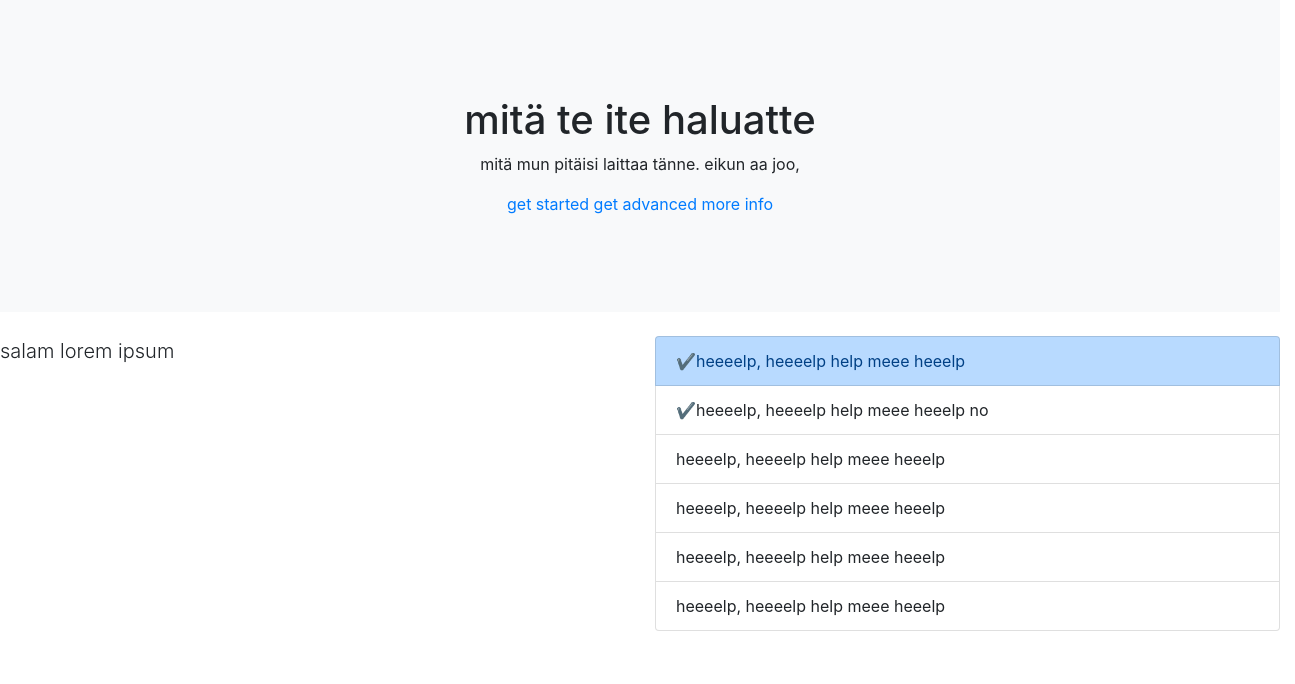
Repository: jessehapuli/jessehapuli.github.io
Page: Bootstrap/index.html
The author's editor kept a copy of each file at every save. The page is drawn from the files as they stood at one save, then again after the next save.
The browser window is 1280 px wide. The page is 1295 px wide, so the pictures cover 1295 px, including what lies to the right of the window. The pictures show the whole page.

Above is the page before, as saved 2024-04-24 11:00:09.

After the next save:
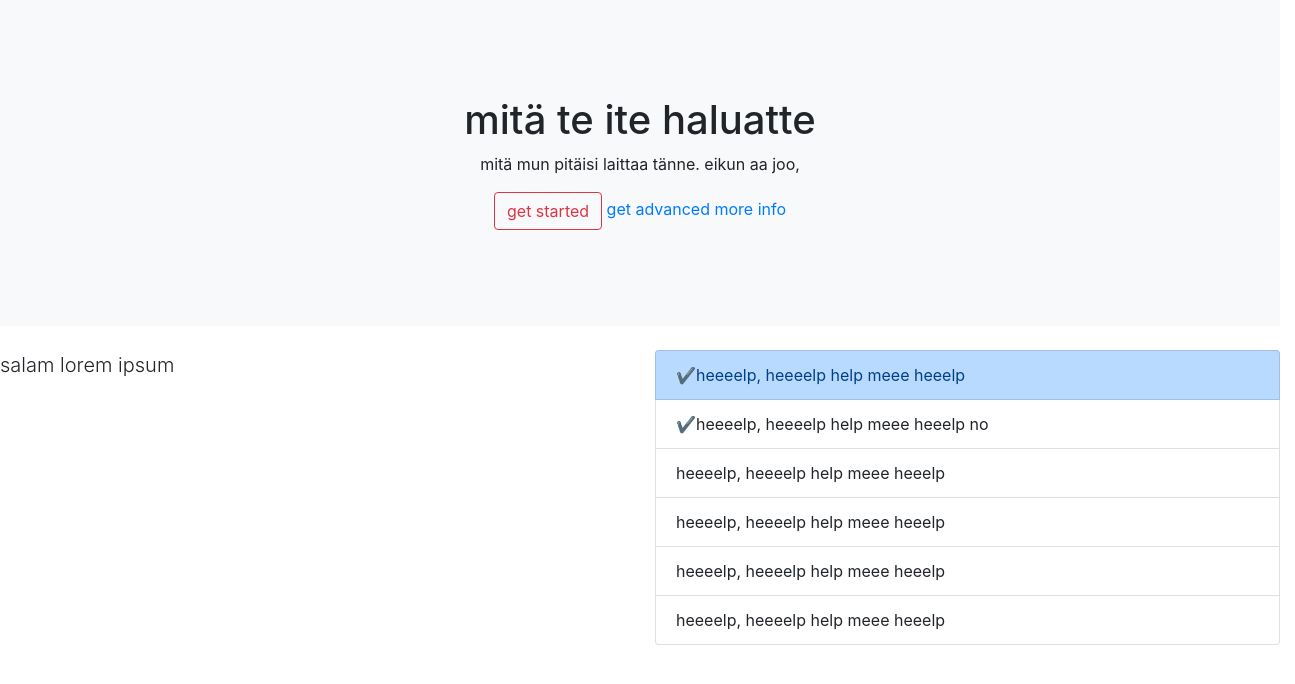
Saved 3 min 17 s later.
--- a/Bootstrap/index.html
+++ b/Bootstrap/index.html
@@ -17,7 +17,7 @@
         <div class="col-md-6 my-5 py-lg-5">
           <h1>mitä te ite haluatte</h1>
           <p>mitä mun pitäisi laittaa tänne. eikun aa joo, </p>
-          <a href="">get started</a>
+          <a class="btn btn-outline-danger" href="piercing">get started</a>
           <a href="">get advanced</a>
           <a href="">more info</a>
         </div>
